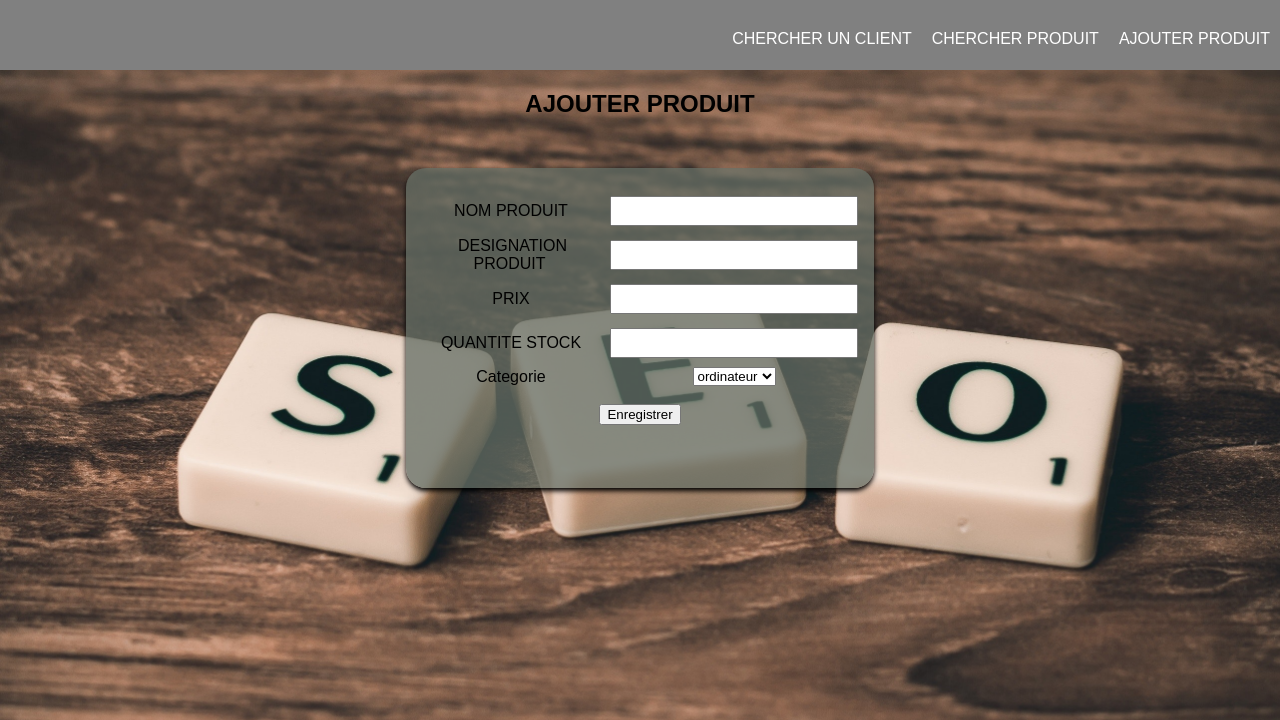
Repository: ahthionkevin/first-ecommerce-website
Page: http://localhost/addProductView.php
An editor plug-in stored every save of this project. The page is shown before and after the next save, followed by the edit.
The browser window is 1280 px wide. The pictures show the whole page.
The page is run by PHP 8.4 with error messages shown; the project is at /var/www/html/.

Above is the page before, as saved 2021-06-17 22:11:01.

After the next save:
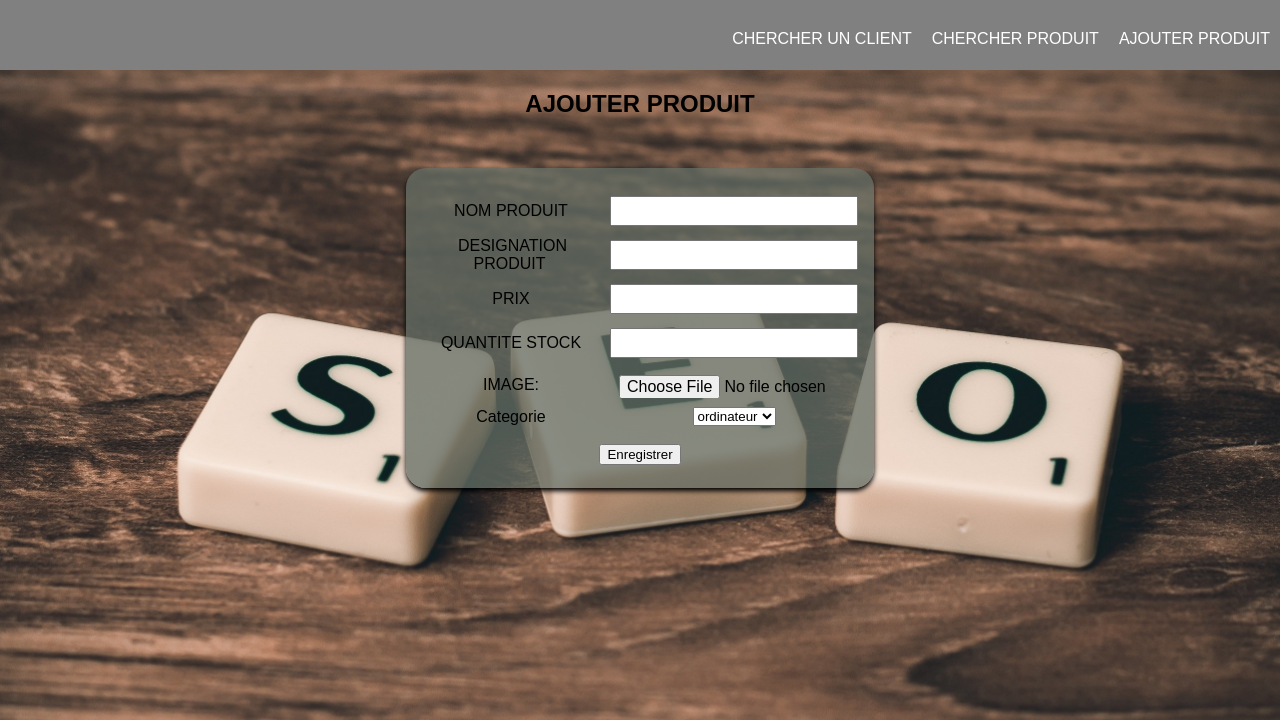
Saved 11 h 32 min later.
--- a/Cote_Serveur/addProductView.php
+++ b/Cote_Serveur/addProductView.php
@@ -33,6 +33,11 @@
             </tr>
 
             <tr>
+                <td><label for="img">IMAGE: </label></td>
+                <td><input type="file" name="img" class="sign"></td>
+            </tr>
+
+            <tr>
                 <td><label for="categorie">Categorie </label></td>
                 <td><select name="categorie" id="caetgorie">
                     <option value="ordinateur">ordinateur</option>
